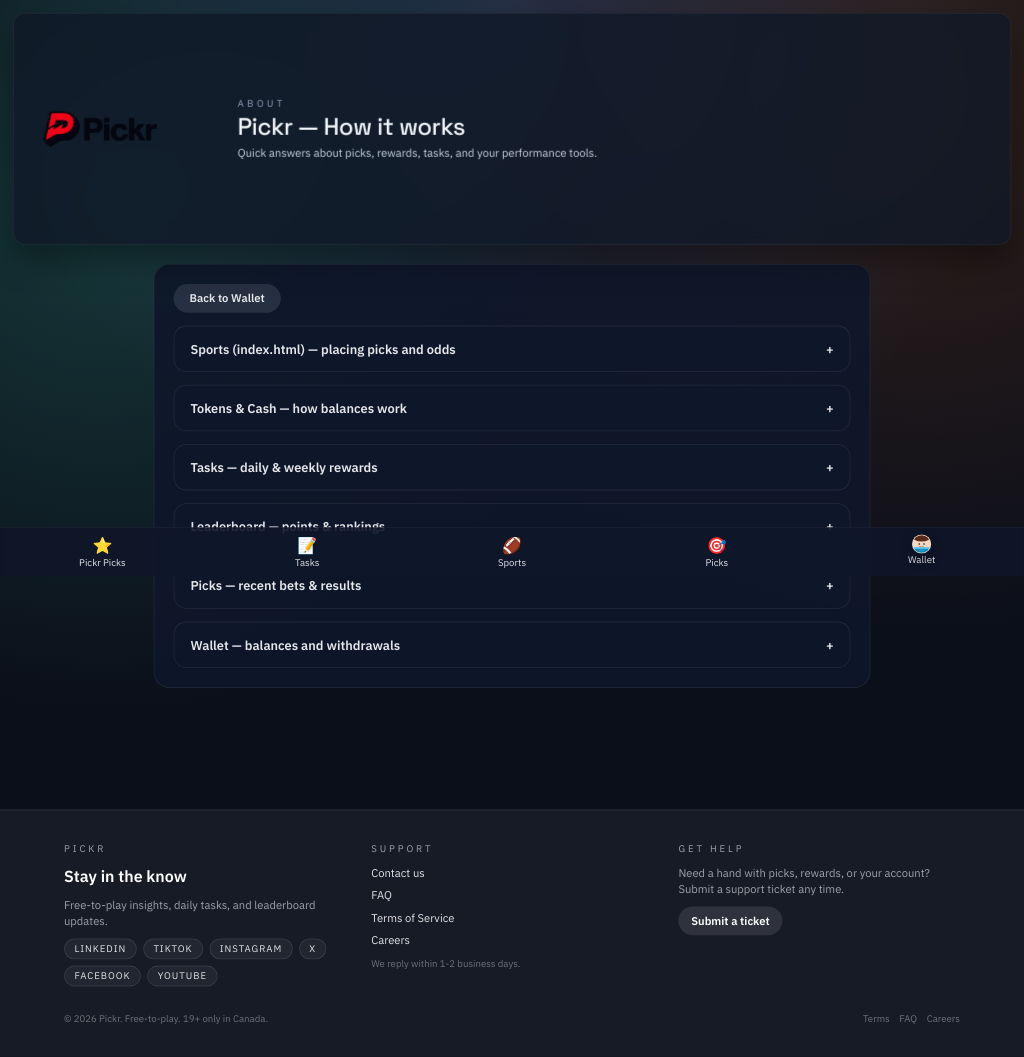
Repository: prav2004/therealdeal
Page: public/about.html
The author's editor kept a copy of each file at every save. The page is drawn from the files as they stood at one save, then again after the next save.
The browser window is 1280 px wide. The pictures show the whole page, at 80% of full size.
The page's requests for data from a server got no answer. Some web libraries are served in a nearby version.

Above is the page before, as saved 2026-02-17 17:19:43.

### public/about.html
<!DOCTYPE html>
<html lang="en">
  <head>
    <meta charset="UTF-8" />
    <meta name="viewport" content="width=device-width, initial-scale=1.0, viewport-fit=cover" />
    <title>About Pickr</title>
    <link rel="icon" type="image/png" sizes="16x16" href="tablogo.png" />
    <link rel="icon" type="image/png" sizes="32x32" href="tablogo.png" />
    <link rel="icon" type="image/png" sizes="48x48" href="tablogo.png" />
    <link rel="icon" type="image/png" sizes="192x192" href="tablogo.png" />
    <link rel="apple-touch-icon" sizes="180x180" href="tablogo.png" />
    <script src="https://cdn.tailwindcss.com"></script>
    <link rel="preconnect" href="https://fonts.googleapis.com">
    <link rel="preconnect" href="https://fonts.gstatic.com" crossorigin>
    <link href="https://fonts.googleapis.com/css2?family=IBM+Plex+Sans:wght@400;500;600&family=Space+Grotesk:wght@500;600;700&display=swap" rel="stylesheet">
    <style>
      :root {
        --ink: #0b0f1a;
        --ember: #ff7a1a;
        --mint: #40d9b5;
        --sky: #7aa7ff;
        --card: rgba(17, 25, 40, 0.82);
      }
      body {
        font-family: 'IBM Plex Sans', sans-serif;
        background: radial-gradient(circle at top, rgba(122, 167, 255, 0.18), transparent 45%),
          radial-gradient(circle at 10% 20%, rgba(64, 217, 181, 0.2), transparent 40%),
          radial-gradient(circle at 90% 10%, rgba(255, 122, 26, 0.15), transparent 40%),
          var(--ink);
        color: #e5e7eb;
      }
      .hero-title { font-family: 'Space Grotesk', sans-serif; letter-spacing: -0.02em; }
      .glass {
        background: var(--card);
        border: 1px solid rgba(255, 255, 255, 0.08);
        box-shadow: 0 20px 40px rgba(0, 0, 0, 0.35);
        backdrop-filter: blur(12px);
      }
      .panel {
        background: rgba(15, 23, 42, 0.92);
        border: 1px solid rgba(255, 255, 255, 0.08);
        border-radius: 1.25rem;
      }
      .bottom-nav { padding-bottom: env(safe-area-inset-bottom); bottom: env(safe-area-inset-bottom); z-index: 50; }
      .page-main { padding-bottom: calc(6rem + env(safe-area-inset-bottom)); }
      @media (orientation: portrait) {
        .page-main { padding-bottom: calc(7rem + env(safe-area-inset-bottom)); }
      }
      .accordion-btn {
        width: 100%;
        text-align: left;
        display: flex;
        align-items: center;
        justify-content: space-between;
        gap: 1rem;
        padding: 1rem 1.25rem;
        background: rgba(15, 23, 42, 0.7);
        border: 1px solid rgba(255, 255, 255, 0.08);
        border-radius: 1rem;
        color: #e5e7eb;
        font-weight: 600;
      }
      .accordion-panel {
        display: none;
        padding: 0.75rem 1.25rem 1.25rem;
        color: #cbd5f5;
      }
      .accordion-panel.open { display: block; }
    </style>
  </head>
  <body class="flex flex-col min-h-screen">
    <header class="glass mx-4 mt-4 rounded-2xl p-4 md:p-6 flex flex-col gap-4 sm:flex-row sm:items-center sm:justify-between">
      <div class="flex items-center gap-4">
        <img src="logo.png" alt="Pickr logo" class="h-[10rem] w-[10rem] sm:h-[12.5rem] sm:w-[12.5rem] lg:h-[15rem] lg:w-[15rem] object-contain" />
        <div class="space-y-1">
          <div class="text-xs uppercase tracking-[0.35em] text-slate-400">About</div>
          <h1 class="hero-title text-2xl sm:text-3xl text-slate-100">Pickr — How it works</h1>
          <p class="text-sm text-slate-300">Quick answers about picks, rewards, tasks, and your performance tools.</p>
        </div>
      </div>
    </header>

    <main class="flex-1 px-4 pt-6 page-main">
      <section class="panel p-6 max-w-4xl mx-auto">
        <div class="mb-4">
          <a href="wallet.html" class="inline-flex items-center justify-center px-5 py-2 rounded-full bg-white/10 hover:bg-white/20 text-sm font-semibold">Back to Wallet</a>
        </div>
        <div class="space-y-4" id="aboutAccordion">
          <div>
            <button class="accordion-btn" type="button" data-target="sports">
              <span>Sports (index.html) — placing picks and odds</span>
              <span>+</span>
            </button>
            <div id="sports" class="accordion-panel">
              On Sports, you choose games and make picks. Odds are shown per selection, and your slip calculates parlay odds automatically. This is where betting happens.
            </div>
          </div>
          <div>
            <button class="accordion-btn" type="button" data-target="tokens">
              <span>Tokens &amp; Cash — how balances work</span>
              <span>+</span>
            </button>
            <div id="tokens" class="accordion-panel">
              Tokens are in-app credits used for rewards and picks. A common conversion is 100 tokens = $1.00 in value. Cash is your wallet balance for cash-based actions.
            </div>
          </div>
          <div>
            <button class="accordion-btn" type="button" data-target="tasks">
              <span>Tasks — daily &amp; weekly rewards</span>
              <span>+</span>
            </button>
            <div id="tasks" class="accordion-panel">
              Tasks include daily and weekly quests, streak tracking, and the daily spin. Claim rewards after completing each goal to stack tokens and XP.
            </div>
          </div>
          <div>
            <button class="accordion-btn" type="button" data-target="leaderboard">
              <span>Leaderboard — points &amp; rankings</span>
              <span>+</span>
            </button>
            <div id="leaderboard" class="accordion-panel">
              The leaderboard ranks players by combined points (wins, streaks, and XP momentum). Keep climbing with consistent performance.
            </div>
          </div>
          <div>
            <button class="accordion-btn" type="button" data-target="picks">
              <span>Picks — recent bets &amp; results</span>
              <span>+</span>
            </button>
            <div id="picks" class="accordion-panel">
              Picks shows your recent bets, odds, stakes, and performance snapshots across week, month, and year views.
            </div>
          </div>
          <div>
            <button class="accordion-btn" type="button" data-target="wallet">
              <span>Wallet — balances and withdrawals</span>
              <span>+</span>
            </button>
            <div id="wallet" class="accordion-panel">
              Wallet displays your token and cash balances, plus account info. Withdrawals are handled here (when enabled).
            </div>
          </div>
        </div>
      </section>
    </main>

    <nav class="fixed bottom-0 left-0 right-0 bg-slate-900/90 border-t border-white/5 shadow-inner flex text-xs bottom-nav">
      <a href="leaderboard.html" class="nav-link flex-1 flex flex-col items-center py-2">
        <span class="text-xl">⭐</span>
        <span>Pickr Picks</span>
      </a>
      <a href="tasks.html" class="nav-link flex-1 flex flex-col items-center py-2">
        <span class="text-xl">📝</span>
        <span>Tasks</span>
      </a>
      <a href="index.html" class="nav-link flex-1 flex flex-col items-center py-2">
        <span class="text-xl">🏈</span>
        <span>Sports</span>
      </a>
      <a href="picks.html" class="nav-link flex-1 flex flex-col items-center py-2">
        <span class="text-xl">🎯</span>
        <span>Picks</span>
      </a>
      <a href="wallet.html" class="nav-link active flex-1 flex flex-col items-center py-2">
        <div class="pickr-avatar" data-size="24" aria-hidden="true"></div>
        <span>Wallet</span>
      </a>
    </nav>

    <script src="config.js"></script>
    <script src="script.js"></script>
    <script>
      document.querySelectorAll('.accordion-btn').forEach((btn) => {
        btn.addEventListener('click', () => {
          const targetId = btn.getAttribute('data-target');
          const panel = document.getElementById(targetId);
          const isOpen = panel.classList.contains('open');
          document.querySelectorAll('.accordion-panel').forEach((p) => p.classList.remove('open'));
          document.querySelectorAll('.accordion-btn span:last-child').forEach((s) => { s.textContent = '+'; });
          if (!isOpen) {
            panel.classList.add('open');
            btn.querySelector('span:last-child').textContent = '–';
          }
        });
      });
    </script>
    <footer class="mt-14 border-t border-white/10 bg-white/5">
      <div class="mx-auto w-full max-w-6xl px-4 py-10">
        <div class="grid gap-8 md:grid-cols-3">
          <div class="space-y-3">
            <div class="text-xs uppercase tracking-[0.3em] text-zinc-400">Pickr</div>
            <div class="text-xl font-semibold text-white">Stay in the know</div>
            <p class="text-sm text-zinc-400">Free-to-play insights, daily tasks, and leaderboard updates.</p>
            <div class="flex flex-wrap gap-2">
              <a class="rounded-full border border-white/10 bg-white/5 px-3 py-1 text-xs uppercase tracking-widest text-zinc-200 hover:border-white/30 hover:text-white" href="https://www.linkedin.com" target="_blank" rel="noopener">LinkedIn</a>
              <a class="rounded-full border border-white/10 bg-white/5 px-3 py-1 text-xs uppercase tracking-widest text-zinc-200 hover:border-white/30 hover:text-white" href="https://www.tiktok.com" target="_blank" rel="noopener">TikTok</a>
              <a class="rounded-full border border-white/10 bg-white/5 px-3 py-1 text-xs uppercase tracking-widest text-zinc-200 hover:border-white/30 hover:text-white" href="https://www.instagram.com" target="_blank" rel="noopener">Instagram</a>
              <a class="rounded-full border border-white/10 bg-white/5 px-3 py-1 text-xs uppercase tracking-widest text-zinc-200 hover:border-white/30 hover:text-white" href="https://x.com" target="_blank" rel="noopener">X</a>
              <a class="rounded-full border border-white/10 bg-white/5 px-3 py-1 text-xs uppercase tracking-widest text-zinc-200 hover:border-white/30 hover:text-white" href="https://www.facebook.com" target="_blank" rel="noopener">Facebook</a>
              <a class="rounded-full border border-white/10 bg-white/5 px-3 py-1 text-xs uppercase tracking-widest text-zinc-200 hover:border-white/30 hover:text-white" href="https://www.youtube.com" target="_blank" rel="noopener">YouTube</a>
            </div>
          </div>
          <div class="space-y-3">
            <div class="text-xs uppercase tracking-[0.3em] text-zinc-400">Support</div>
            <div class="flex flex-col gap-2 text-sm">
              <a class="text-zinc-200 hover:text-white" href="contact.html">Contact us</a>
              <a class="text-zinc-200 hover:text-white" href="faq.html">FAQ</a>
              <a class="text-zinc-200 hover:text-white" href="terms.html">Terms of Service</a>
              <a class="text-zinc-200 hover:text-white" href="careers.html">Careers</a>
            </div>
            <div class="text-xs text-zinc-500">We reply within 1-2 business days.</div>
          </div>
          <div class="space-y-3">
            <div class="text-xs uppercase tracking-[0.3em] text-zinc-400">Get help</div>
            <p class="text-sm text-zinc-400">Need a hand with picks, rewards, or your account? Submit a support ticket any time.</p>
            <a class="inline-flex items-center justify-center rounded-full bg-white/10 px-4 py-2 text-sm font-semibold text-white hover:bg-white/20" href="contact.html">Submit a ticket</a>
          </div>
        </div>
        <div class="mt-8 flex flex-col gap-2 text-xs text-zinc-500 sm:flex-row sm:items-center sm:justify-between">
          <div>© 2026 Pickr. Free-to-play. 19+ only in Canada.</div>
          <div class="flex flex-wrap gap-3">
            <a class="hover:text-zinc-200" href="terms.html">Terms</a>
            <a class="hover:text-zinc-200" href="faq.html">FAQ</a>
            <a class="hover:text-zinc-200" href="careers.html">Careers</a>
          </div>
        </div>
      </div>
    </footer>
  </body>
</html>

### public/config.js
// Backend API configuration
// In production (Netlify), use Cloud Run backend
// In local dev, use localhost
window.PICKR_CONFIG = {
  API_BASE_URL: window.location.hostname === 'localhost' || window.location.hostname === '127.0.0.1'
    ? '' // Use relative URLs for local dev
    : 'https://pickr-backend-972106331799.us-central1.run.app' // Cloud Run backend
};

Loaded but not shown: public/script.js (2306 lines, source omitted)

After the next save:
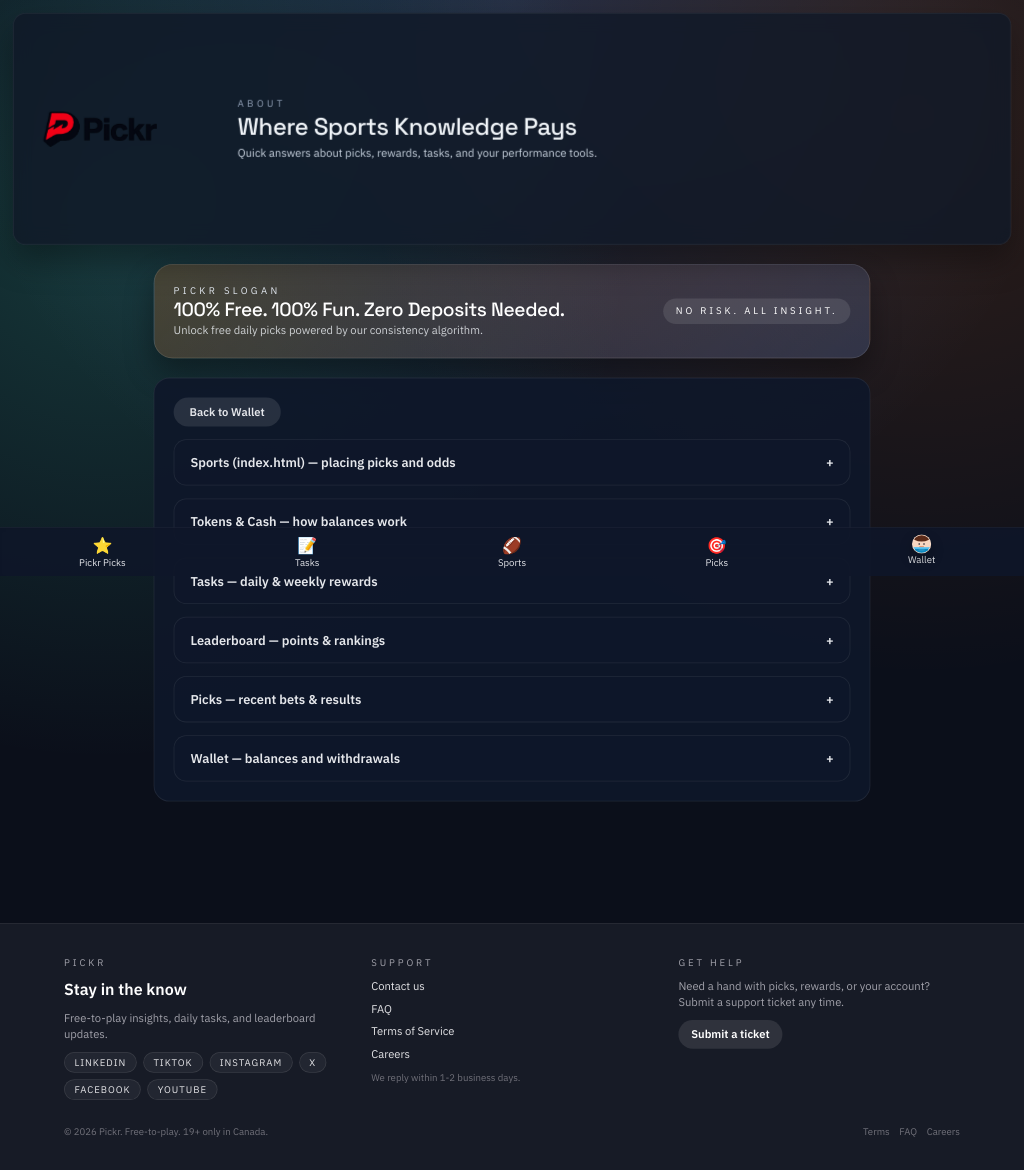
Saved 7 min 10 s later.
--- a/public/about.html
+++ b/public/about.html
@@ -41,6 +41,16 @@
         border: 1px solid rgba(255, 255, 255, 0.08);
         border-radius: 1.25rem;
       }
+      .slogan-panel {
+        background: linear-gradient(135deg, rgba(255, 122, 26, 0.2), rgba(122, 167, 255, 0.18));
+        border: 1px solid rgba(255, 255, 255, 0.12);
+        border-radius: 1.5rem;
+        box-shadow: 0 18px 36px rgba(0, 0, 0, 0.35);
+      }
+      .slogan-title {
+        font-family: 'Space Grotesk', sans-serif;
+        letter-spacing: -0.02em;
+      }
       .bottom-nav { padding-bottom: env(safe-area-inset-bottom); bottom: env(safe-area-inset-bottom); z-index: 50; }
       .page-main { padding-bottom: calc(6rem + env(safe-area-inset-bottom)); }
       @media (orientation: portrait) {
@@ -74,13 +84,23 @@
         <img src="logo.png" alt="Pickr logo" class="h-[10rem] w-[10rem] sm:h-[12.5rem] sm:w-[12.5rem] lg:h-[15rem] lg:w-[15rem] object-contain" />
         <div class="space-y-1">
           <div class="text-xs uppercase tracking-[0.35em] text-slate-400">About</div>
-          <h1 class="hero-title text-2xl sm:text-3xl text-slate-100">Pickr — How it works</h1>
+          <h1 class="hero-title text-2xl sm:text-3xl text-slate-100">Where Sports Knowledge Pays</h1>
           <p class="text-sm text-slate-300">Quick answers about picks, rewards, tasks, and your performance tools.</p>
         </div>
       </div>
     </header>
 
     <main class="flex-1 px-4 pt-6 page-main">
+      <section class="slogan-panel max-w-4xl mx-auto p-6 mb-6">
+        <div class="flex flex-col gap-3 sm:flex-row sm:items-center sm:justify-between">
+          <div>
+            <div class="text-xs uppercase tracking-[0.35em] text-slate-200">Pickr slogan</div>
+            <h2 class="slogan-title text-2xl text-white">100% Free. 100% Fun. Zero Deposits Needed.</h2>
+            <p class="text-sm text-slate-100/80">Unlock free daily picks powered by our consistency algorithm.</p>
+          </div>
+          <div class="rounded-full bg-white/10 px-4 py-2 text-xs uppercase tracking-[0.3em] text-white">No risk. All insight.</div>
+        </div>
+      </section>
       <section class="panel p-6 max-w-4xl mx-auto">
         <div class="mb-4">
           <a href="wallet.html" class="inline-flex items-center justify-center px-5 py-2 rounded-full bg-white/10 hover:bg-white/20 text-sm font-semibold">Back to Wallet</a>
